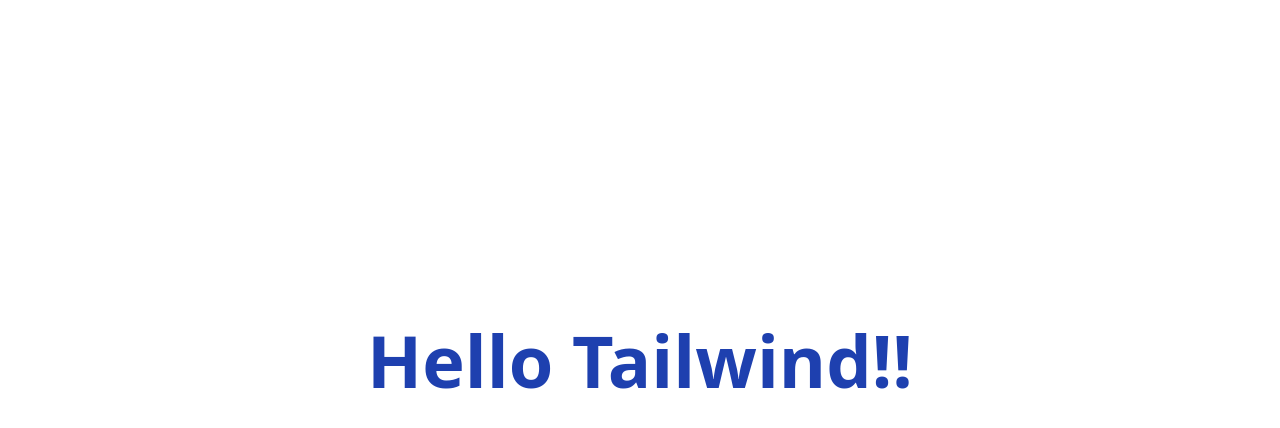
Repository: rayray1/react-tailwind-starter-template
Page: /
These files come from the project's save history. The page is drawn as it stood at one moment and after the next save; the edit follows.
The browser window is 1280 px wide. The pictures show the whole page.
The project was rebuilt for these pictures with package versions that can differ from the ones it lists, and the page was loaded fresh each time.

Above is the page before, as saved 2023-06-23 06:43:55.

### src/App.js
import logo from './logo.svg';
import './App.css';

function App() {
  return (
    <div className="App">
      <div className="w-full h-screen flex justify-center items-center">
        <h1 className="font-bold text-7xl text-blue-800">Hello Tailwind!!</h1>
      </div>

    </div>
  );
}

export default App;

Loaded but not shown: public/index.html (common file); src/index.js (common file); src/index.css (common file); src/reportWebVitals.js (common file); src/App.css (common file); tailwind.config.js (common file)

After the next save:
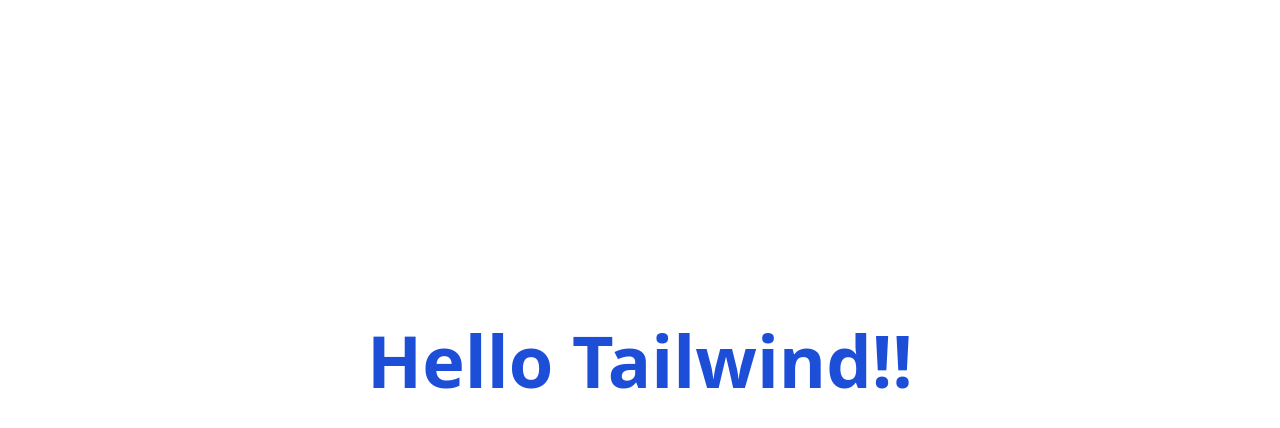
Saved 4 s later.
--- a/src/App.js
+++ b/src/App.js
@@ -5,7 +5,7 @@
   return (
     <div className="App">
       <div className="w-full h-screen flex justify-center items-center">
-        <h1 className="font-bold text-7xl text-blue-800">Hello Tailwind!!</h1>
+        <h1 className="font-bold text-7xl text-blue-700">Hello Tailwind!!</h1>
       </div>
 
     </div>
